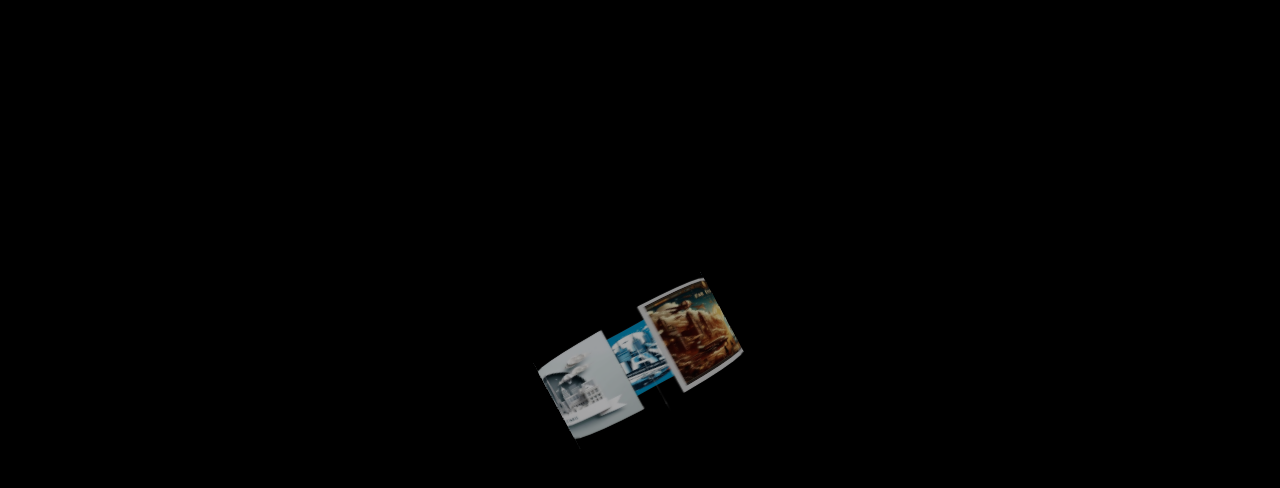
Repository: nikhilsinghrathore1/ThreeJs_Bloom_Chudai
Page: /
The author's editor kept a copy of each file at every save. The page is drawn from the files as they stood at one save, then again after a run of saves.
The browser window is 1280 px wide. The pictures show the whole page.
The project was rebuilt for these pictures with package versions that can differ from the ones it lists, and the page was loaded fresh each time. Also part of the build but not shown: vite.config.js, src/App.css.

Above is the page before, as saved 2024-08-29 19:46:13.

### src/App.jsx
import './App.css';
import Home from './Component/Home';

function App() {
  return (
    <Home/>
  );
}

export default App;

### src/Component/Home.jsx
import React from 'react'
import Landing from './Landing'

const Home = () => {
  return (
    <div className='w-full h-screen fixed top-0 left-0 bg-black'><Landing/></div>
  )
}

export default Home

### src/Component/Landing.jsx
import React from 'react'
import { Canvas } from '@react-three/fiber';
import { OrbitControls, useTexture } from '@react-three/drei';
import Scene from './Scene';


const Landing = () => {

  return (
    <div className='w-full h-full '>
              <Canvas>
              <OrbitControls/>
               <ambientLight/>
               <Scene/>

    </Canvas>
    </div>
  )
}

export default Landing

### src/Component/Scene.jsx
import React, { useRef } from 'react'
import { OrbitControls, useTexture } from '@react-three/drei';
import * as THREE from "three"
import img from "../assets/img.png"
import { useFrame } from '@react-three/fiber';

const Scene = () => {

               const tex = useTexture(img)
               const cyl  = useRef(null)
               tex.needsUpdate = true;
               useFrame((state, delta)=>{
                              cyl.current.rotation.y = delta
               })


  return (
     <mesh ref={cyl} rotation={[0 , 1.4 , 0.5]}>
        <cylinderGeometry args={[1,1,1,30,30 ,true]} />

        <meshStandardMaterial transparent map={tex} side={THREE.DoubleSide}/>
      </mesh>
  )
}

export default Scene

Loaded but not shown: index.html (common file); src/main.jsx (common file); src/index.css (common file); tailwind.config.js (common file)

After the next 2 saves:
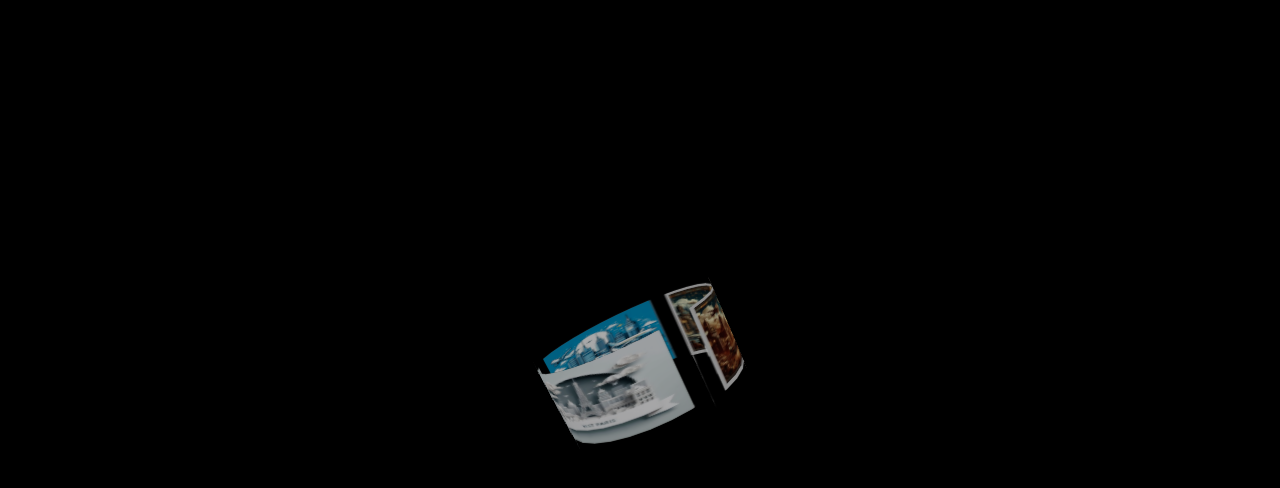
The 2 saves are shown as one change because 1 did not build or start.
The last was saved 22 s later.
--- a/src/Component/Scene.jsx
+++ b/src/Component/Scene.jsx
@@ -10,7 +10,7 @@
                const cyl  = useRef(null)
                tex.needsUpdate = true;
                useFrame((state, delta)=>{
-                              cyl.current.rotation.y = delta
+                              cyl.current.rotation.y += delta
                })
 
 
